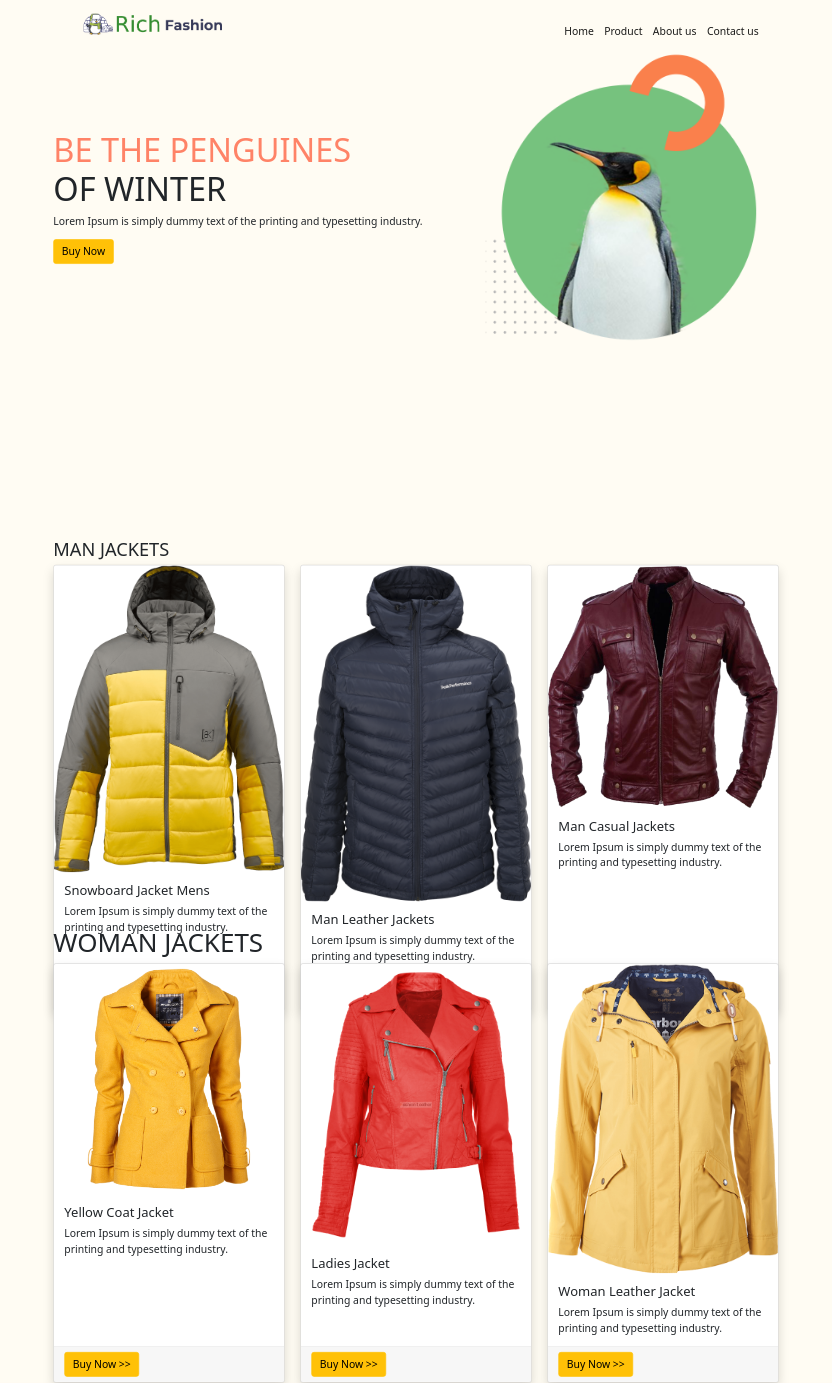
Repository: sabbircse3/fashion
Page: index.html
These files come from the project's save history. The page is drawn as it stood at one moment and after the next save; the edit follows.
The browser window is 1280 px wide. The pictures show the whole page, at 65% of full size.

Above is the page before, as saved 2021-01-14 02:46:32.

### index.html
<!DOCTYPE html>
<html lang="en">
<head>
    <meta charset="UTF-8">
    <meta name="viewport" content="width=device-width, initial-scale=1.0">
    <title>Rich Fashion</title>

    <link rel="stylesheet" href="css/bootstrap.min.css">
    <style>
        .bg{
            background-color: #fffbf0be;
        }
        #hmenu{
            margin: 20px 0px 0px 500px;
        }
        .half-width{
            width: 35%;
            float: left;
            margin-left: 9%;
            padding-left: 2%;
        }
        .half-width h1{
            margin-top: 150px;
        }
        .half-width img{
            width: 100%;
        }
        section{
            height: 550px;
        }
        h1{
            font-size: 50px;
        }
        h2{
            font-size: 40px;
        }
        .name-highlight{
            color: #FF8367;
        }
        .mt-5{
            padding-top: 250px;

            position: relative;
        }

    </style>
</head>
<body class="bg">
    <header class="container">

        <nav class="navbar navbar-expand-lg navbar-light ">
            <div class="container-fluid">

              <a class="navbar-brand" href="#"><img src="images/Group 33072.png" alt="" width="250px"></a>

              <button class="navbar-toggler" type="button" data-bs-toggle="collapse" data-bs-target="#navbarNavAltMarkup" aria-controls="navbarNavAltMarkup" aria-expanded="false" aria-label="Toggle navigation">
                <span class="navbar-toggler-icon"></span>
              </button>

              <div class="collapse navbar-collapse hmenu"navbarNavAltMarkup">

                <div  class="navbar-nav" id="hmenu" >
                  <a class="nav-link active" aria-current="page" href="#">Home</a>
                  <a class="nav-link active" href="#">Product</a>
                  <a class="nav-link active" href="#">About us</a>
                  <a class="nav-link active" href="#" tabindex="-1" aria-disabled="true">Contact us</a>
                </div>
              </div>
            </div>
          </nav>
    </header>


    <div class="container">
        <div id="carouselExampleControls" class="carousel slide orange-bg" data-ride="carousel">
            <div class="carousel-inner">
              <div class="carousel-item active">
                <div class="row align-items-center">
                    <div class="col-md-7">
                        <h1><span class="name-highlight">BE THE PENGUINES <br></span>OF WINTER</h1>
                        <p>Lorem Ipsum is simply dummy text of the printing and typesetting industry.</p>
                        <button class="btn btn-warning">Buy Now</button>
                    </div>
                    <div class="col-md-5">
                        <img src="images/penguin.png" class="d-block w-100" alt="...">
                    </div>
                </div>



            </div>

          </div>
    </div>

    <section class="mt-5">
        <h3>MAN JACKETS</h3>
        <div class="row row-cols-1 row-cols-md-3 g-4">
            <div class="col">
                <div class="card h-100 shadow">
                    <img src="images/image 11.png" class="card-img-top" alt="...">
                    <div class="card-body">
                        <h5 class="card-title">Snowboard Jacket Mens</h5>
                        <p class="card-text">Lorem Ipsum is simply dummy text of the printing and typesetting industry.</p>
                    </div>
                    <div class="card-footer">
                        <button class="btn btn-warning">Buy Now >></button>
                    </div>
                </div>
            </div>
            <div class="col">
                <div class="card h-100 shadow">
                    <img src="images/toppng 1.png" class="card-img-top" alt="...">
                    <div class="card-body">
                        <h5 class="card-title">Man Leather Jackets</h5>
                        <p class="card-text">Lorem Ipsum is simply dummy text of the printing and typesetting industry.</p>
                    </div>
                    <div class="card-footer">
                        <button class="btn btn-warning">Buy Now >></button>
                    </div>
                </div>
            </div>
            <div class="col">
                <div class="card h-100 shadow">
                    <img src="images/vippng 1.png" class="card-img-top" alt="...">
                    <div class="card-body">
                        <h5 class="card-title">Man Casual Jackets</h5>
                        <p class="card-text">Lorem Ipsum is simply dummy text of the printing and typesetting industry.</p>
                    </div>
                    <div class="card-footer">
                        <button class="btn btn-warning">Buy Now >></button>
                    </div>
                </div>
            </div>
        </div>
    </section>

    <section class="mt-5">
        <h2>WOMAN JACKETS</h2>
        <div class="row row-cols-1 row-cols-md-3 g-4">
            <div class="col">
                <div class="card h-100 shadow">
                    <img src="images/SeekPng 1.png" class="card-img-top" alt="...">
                    <div class="card-body">
                        <h5 class="card-title">Yellow Coat Jacket</h5>
                        <p class="card-text">Lorem Ipsum is simply dummy text of the printing and typesetting industry.</p>
                    </div>
                    <div class="card-footer">
                        <button class="btn btn-warning">Buy Now >></button>
                    </div>
                </div>
            </div>
            <div class="col">
                <div class="card h-100 shadow">
                    <img src="images/image 15.png" class="card-img-top" alt="...">
                    <div class="card-body">
                        <h5 class="card-title">Ladies Jacket</h5>
                        <p class="card-text">Lorem Ipsum is simply dummy text of the printing and typesetting industry.</p>
                    </div>
                    <div class="card-footer">
                        <button class="btn btn-warning">Buy Now >></button>
                    </div>
                </div>
            </div>
            <div class="col">
                <div class="card h-100 shadow">
                    <img src="images/PngItem_2597366 1.png" class="card-img-top" alt="...">
                    <div class="card-body">
                        <h5 class="card-title">Woman Leather Jacket</h5>
                        <p class="card-text">Lorem Ipsum is simply dummy text of the printing and typesetting industry.</p>
                    </div>
                    <div class="card-footer">
                        <button class="btn btn-warning">Buy Now >></button>
                    </div>
                </div>
            </div>
        </div>
    </section>


    <script src="js/bootstrap.min.js"></script>
</body>
</html>

Loaded but not shown: css/bootstrap.min.css (library); js/bootstrap.min.js (library)

After the next save:
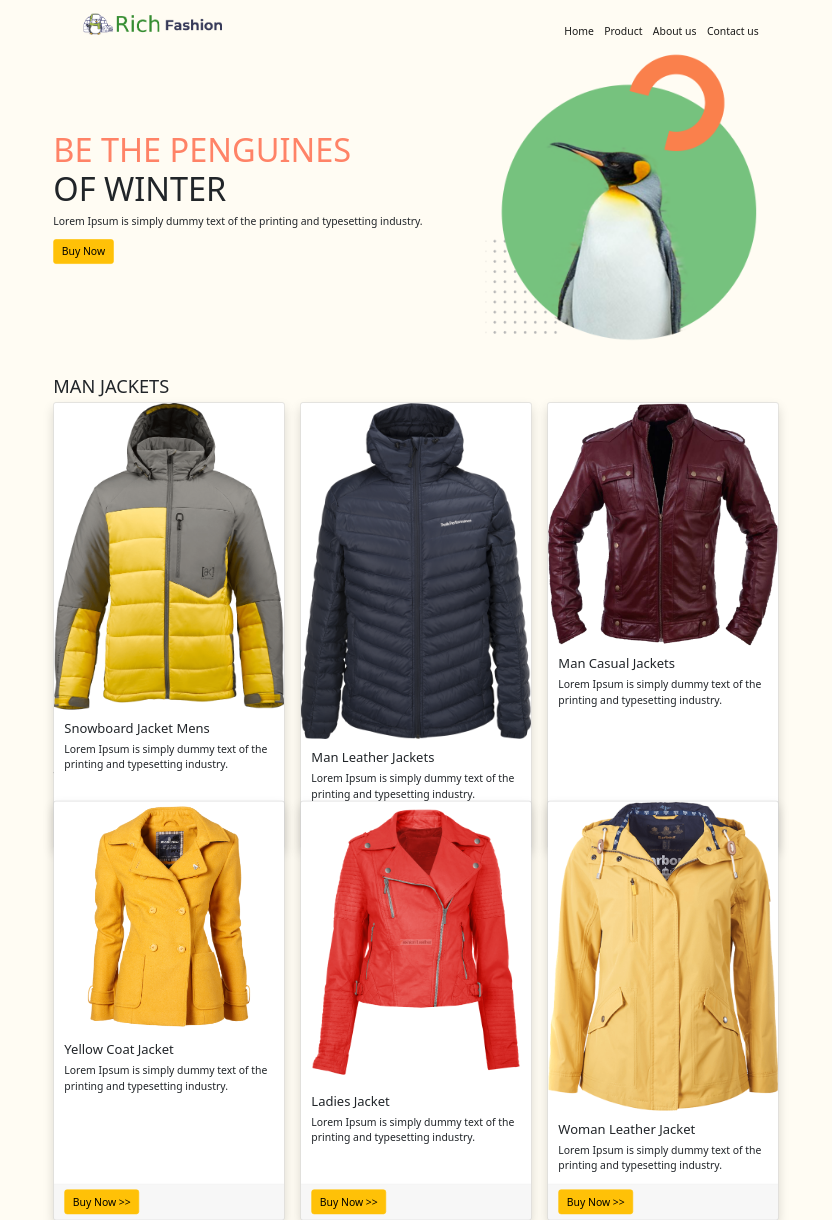
Saved 20 s later.
--- a/index.html
+++ b/index.html
@@ -38,7 +38,7 @@
             color: #FF8367;
         }
         .mt-5{
-            padding-top: 250px;
+            mar
 
             position: relative;
         }
